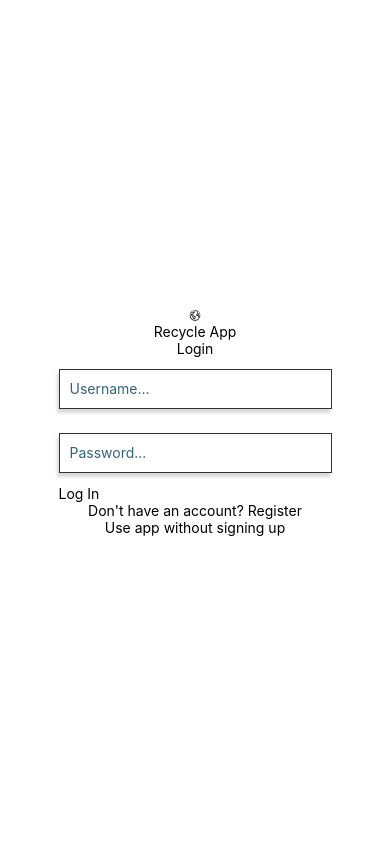
Repository: ct-pham/COMP4511
Screen: / (app in comp4511/)
These files come from the project's save history. The screen is drawn as it stood at one moment and after the next save; the edit follows.
The app was drawn by React Native's web renderer in a window 390 px wide. The project was rebuilt for these pictures with package versions that can differ from the ones it lists, and the page was loaded fresh each time.

Above is the screen before, as saved 2022-11-07 15:41:32.

After the next save:
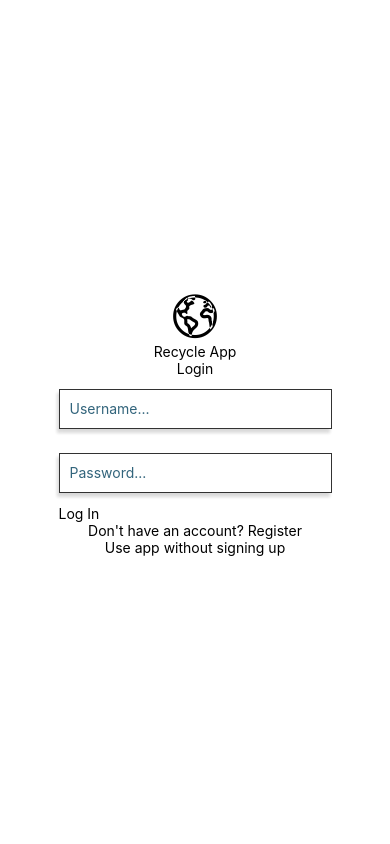
Saved 25 s later.
--- a/comp4511/Components/Login.js
+++ b/comp4511/Components/Login.js
@@ -12,7 +12,10 @@ export default function Login( {navigation}) {
     return (
         <View style={styles.container}>
             <View>
-                <Icon name = "earth-outline"/>
+                <Icon
+                    name = "earth-outline"
+                    size = {50}
+                />
             </View>
 
             <Text>Recycle App</Text>
